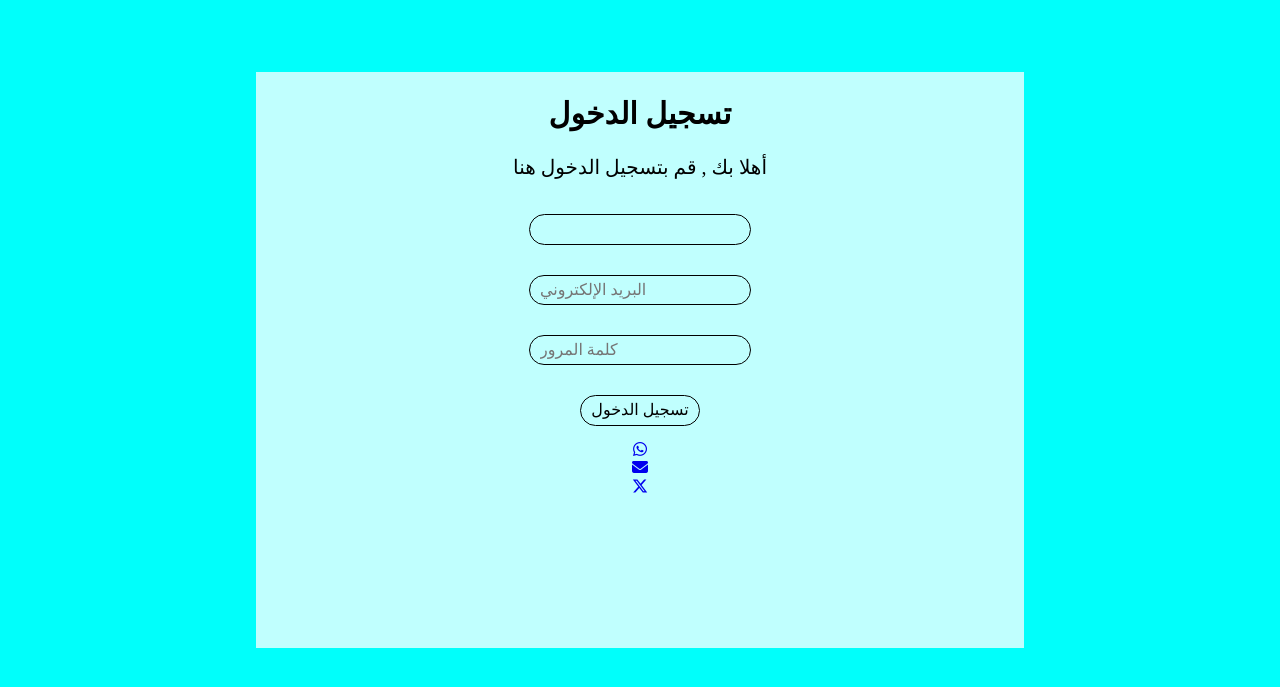
Repository: FaisalFahed/login-page
Page: html/صفحة تسجيل دخول.html
The author's editor kept a copy of each file at every save. The page is drawn from the files as they stood at one save, then again after the next save.
The browser window is 1280 px wide. The pictures show the whole page.
Some web fonts or font styles are not loaded; a fallback is used.

Above is the page before, as saved 2025-04-01 08:33:19.

### html/صفحة تسجيل دخول.html
<!DOCTYPE html>
<html lang="en">
<head>
    <meta charset="UTF-8">
    <meta name="viewport" content="width=device-width, initial-scale=1.0">
    <link rel="stylesheet" href="css/normlaize.css">
    <link rel="stylesheet" href="../css/صفحة تسجيل دخول.css">
    <!-- Font Awesome -->
    <link rel="stylesheet" href="../css/all.min.css">
    <!-- Google Fonts -->
    <link rel="preconnect" href="https://fonts.googleapis.com">
    <link rel="preconnect" href="https://fonts.gstatic.com" crossorigin>
    <link href="https://fonts.googleapis.com/css2?family=Markazi+Text:wght@400..700&display=swap" rel="stylesheet">
    <title>Faisal | صفحة تسجيل دخول</title>
</head>
    <body>
        <div class="container">
            <div class="text">
                <h2>تسجيل الدخول</h2>
                <p>أهلا بك , قم بتسجيل الدخول هنا</p>
            </div>
            <div class="log-in">
                <input></input>
                <input type="email" placeholder="البريد الإلكتروني">
                <input type="password" placeholder="كلمة المرور">
                <input type="submit" value="تسجيل الدخول">
            </div>
            <div class="icons">
                <ul>
                    <li><a href="#"><i class="fa-brands fa-whatsapp"></i></a></li>
                    <li><a href="#"><i class="fa-solid fa-envelope"></i></a></li>
                    <li><a href="#"><i class="fa-brands fa-x-twitter"></i></a></li>
                </ul>
            </div>
        </div>
    </body>
</html>

### css/normlaize.css
/*! normalize.css v8.0.1 | MIT License | github.com/necolas/normalize.css */

/* Document
   ========================================================================== */

/**
 * 1. Correct the line height in all browsers.
 * 2. Prevent adjustments of font size after orientation changes in iOS.
 */

 html {
  line-height: 1.15; /* 1 */
  -webkit-text-size-adjust: 100%; /* 2 */
}

/* Sections
   ========================================================================== */

/**
 * Remove the margin in all browsers.
 */

body {
  margin: 0;
}

/**
 * Render the `main` element consistently in IE.
 */

main {
  display: block;
}

/**
 * Correct the font size and margin on `h1` elements within `section` and
 * `article` contexts in Chrome, Firefox, and Safari.
 */

h1 {
  font-size: 2em;
  margin: 0.67em 0;
}

/* Grouping content
   ========================================================================== */

/**
 * 1. Add the correct box sizing in Firefox.
 * 2. Show the overflow in Edge and IE.
 */

hr {
  box-sizing: content-box; /* 1 */
  height: 0; /* 1 */
  overflow: visible; /* 2 */
}

/**
 * 1. Correct the inheritance and scaling of font size in all browsers.
 * 2. Correct the odd `em` font sizing in all browsers.
 */

pre {
  font-family: monospace, monospace; /* 1 */
  font-size: 1em; /* 2 */
}

/* Text-level semantics
   ========================================================================== */

/**
 * Remove the gray background on active links in IE 10.
 */

a {
  background-color: transparent;
}

/**
 * 1. Remove the bottom border in Chrome 57-
 * 2. Add the correct text decoration in Chrome, Edge, IE, Opera, and Safari.
 */

abbr[title] {
  border-bottom: none; /* 1 */
  text-decoration: underline; /* 2 */
  text-decoration: underline dotted; /* 2 */
}

/**
 * Add the correct font weight in Chrome, Edge, and Safari.
 */

b,
strong {
  font-weight: bolder;
}

/**
 * 1. Correct the inheritance and scaling of font size in all browsers.
 * 2. Correct the odd `em` font sizing in all browsers.
 */

code,
kbd,
samp {
  font-family: monospace, monospace; /* 1 */
  font-size: 1em; /* 2 */
}

/**
 * Add the correct font size in all browsers.
 */

small {
  font-size: 80%;
}

/**
 * Prevent `sub` and `sup` elements from affecting the line height in
 * all browsers.
 */

sub,
sup {
  font-size: 75%;
  line-height: 0;
  position: relative;
  vertical-align: baseline;
}

sub {
  bottom: -0.25em;
}

sup {
  top: -0.5em;
}

/* Embedded content
   ========================================================================== */

/**
 * Remove the border on images inside links in IE 10.
 */

img {
  border-style: none;
}

/* Forms
   ========================================================================== */

/**
 * 1. Change the font styles in all browsers.
 * 2. Remove the margin in Firefox and Safari.
 */

button,
input,
optgroup,
select,
textarea {
  font-family: inherit; /* 1 */
  font-size: 100%; /* 1 */
  line-height: 1.15; /* 1 */
  margin: 0; /* 2 */
}

/**
 * Show the overflow in IE.
 * 1. Show the overflow in Edge.
 */

button,
input { /* 1 */
  overflow: visible;
}

/**
 * Remove the inheritance of text transform in Edge, Firefox, and IE.
 * 1. Remove the inheritance of text transform in Firefox.
 */

button,
select { /* 1 */
  text-transform: none;
}

/**
 * Correct the inability to style clickable types in iOS and Safari.
 */

button,
[type="button"],
[type="reset"],
[type="submit"] {
  -webkit-appearance: button;
}

/**
 * Remove the inner border and padding in Firefox.
 */

button::-moz-focus-inner,
[type="button"]::-moz-focus-inner,
[type="reset"]::-moz-focus-inner,
[type="submit"]::-moz-focus-inner {
  border-style: none;
  padding: 0;
}

/**
 * Restore the focus styles unset by the previous rule.
 */

button:-moz-focusring,
[type="button"]:-moz-focusring,
[type="reset"]:-moz-focusring,
[type="submit"]:-moz-focusring {
  outline: 1px dotted ButtonText;
}

/**
 * Correct the padding in Firefox.
 */

fieldset {
  padding: 0.35em 0.75em 0.625em;
}

/**
 * 1. Correct the text wrapping in Edge and IE.
 * 2. Correct the color inheritance from `fieldset` elements in IE.
 * 3. Remove the padding so developers are not caught out when they zero out
 *    `fieldset` elements in all browsers.
 */

legend {
  box-sizing: border-box; /* 1 */
  color: inherit; /* 2 */
  display: table; /* 1 */
  max-width: 100%; /* 1 */
  padding: 0; /* 3 */
  white-space: normal; /* 1 */
}

/**
 * Add the correct vertical alignment in Chrome, Firefox, and Opera.
 */

progress {
  vertical-align: baseline;
}

/**
 * Remove the default vertical scrollbar in IE 10+.
 */

textarea {
  overflow: auto;
}

/**
 * 1. Add the correct box sizing in IE 10.
 * 2. Remove the padding in IE 10.
 */

[type="checkbox"],
[type="radio"] {
  box-sizing: border-box; /* 1 */
  padding: 0; /* 2 */
}

/**
 * Correct the cursor style of increment and decrement buttons in Chrome.
 */

[type="number"]::-webkit-inner-spin-button,
[type="number"]::-webkit-outer-spin-button {
  height: auto;
}

/**
 * 1. Correct the odd appearance in Chrome and Safari.
 * 2. Correct the outline style in Safari.
 */

[type="search"] {
  -webkit-appearance: textfield; /* 1 */
  outline-offset: -2px; /* 2 */
}

/**
 * Remove the inner padding in Chrome and Safari on macOS.
 */

[type="search"]::-webkit-search-decoration {
  -webkit-appearance: none;
}

/**
 * 1. Correct the inability to style clickable types in iOS and Safari.
 * 2. Change font properties to `inherit` in Safari.
 */

::-webkit-file-upload-button {
  -webkit-appearance: button; /* 1 */
  font: inherit; /* 2 */
}

/* Interactive
   ========================================================================== */

/*
 * Add the correct display in Edge, IE 10+, and Firefox.
 */

details {
  display: block;
}

/*
 * Add the correct display in all browsers.
 */

summary {
  display: list-item;
}

/* Misc
   ========================================================================== */

/**
 * Add the correct display in IE 10+.
 */

template {
  display: none;
}

/**
 * Add the correct display in IE 10.
 */

[hidden] {
  display: none;
}

### css/صفحة تسجيل دخول.css
*{
    box-sizing: border-box;
}

:root{
    --main-color: #ff1f1fd6;
    --main-color-alt: #1787E0;
    --main-transition-duration: 0.3s;
    --main-padding-top: 100px;
    --main-padding-bottom: 100px;
    --section-background: #ECECEC;
}

html{
    scroll-behavior: smooth;
}

body{
    font-family: "Markazi Text", serif;
    background-color: #00fffb;
    display: flex;
    width: 100vw;
    height: 100vh;
    justify-content: center;
    align-items: center;
}

a{
    text-decoration: none;
}

ul{
    list-style: none;
    padding: 0;
    margin: 0;
}

.container{
    padding-left: 15px;
    padding-right: 15px;
    margin-left: auto;
    margin-right: auto;
    background-color: rgba(255, 255, 255, 0.753);
    height: 80vh;
    width: 60vw;
    text-align: center;
}

.text{
    font-size: 20px;
}
.log-in{
    display: flex;
    flex-direction: column;
    align-items: center;
    justify-content: center;
}
.log-in input{
    border: none;
    outline: none;
    padding: 5px 10px;
    margin: 15px 0;
    background-color: transparent;
    border: 1px solid black;
    border-radius: 16px;
}


/* @media (min-width:768px){
    .container{
        width: 750px;
    }
}

@media (min-width:992px){
    .container{
        width: 970px;
    }
}

@media (min-width:1200px){
    .container{
        width: 1170px;
    }
} */

Loaded but not shown: css/all.min.css (library)

After the next save:
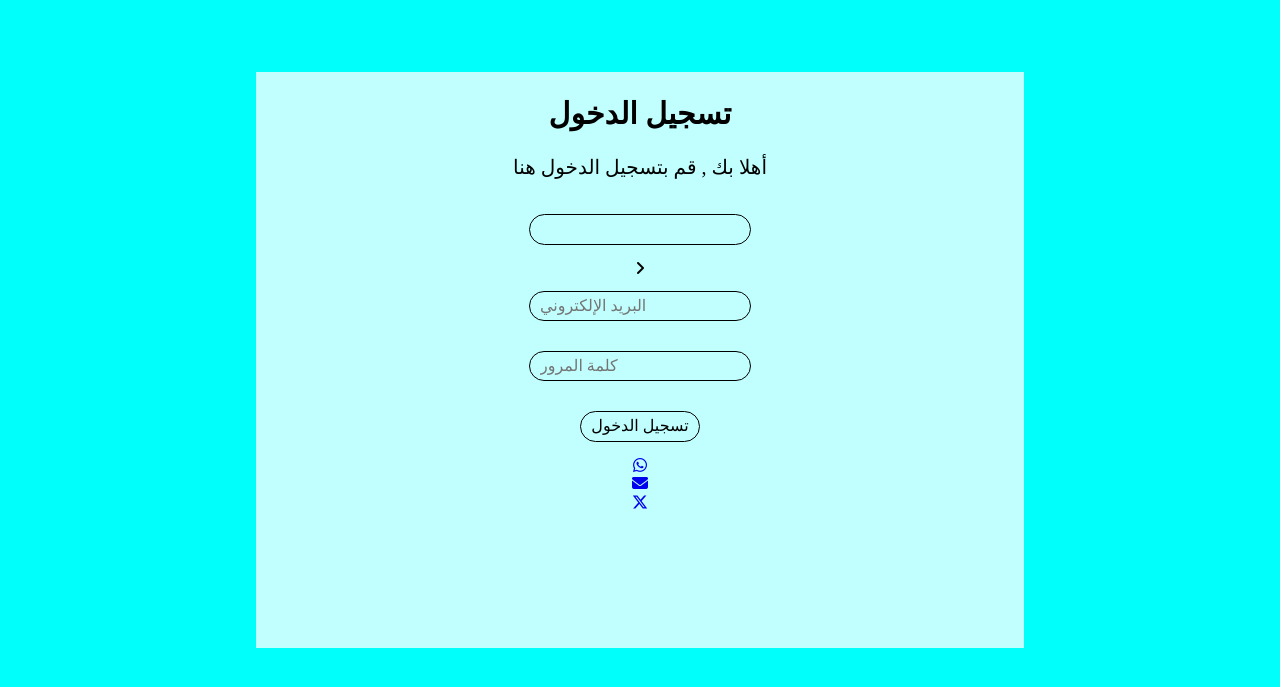
Saved 5 s later.
--- a/html/صفحة تسجيل دخول.html
+++ b/html/صفحة تسجيل دخول.html
@@ -20,7 +20,7 @@
                 <p>أهلا بك , قم بتسجيل الدخول هنا</p>
             </div>
             <div class="log-in">
-                <input></input>
+                <input><i class="fa-solid fa-angle-right"></i></input>
                 <input type="email" placeholder="البريد الإلكتروني">
                 <input type="password" placeholder="كلمة المرور">
                 <input type="submit" value="تسجيل الدخول">
